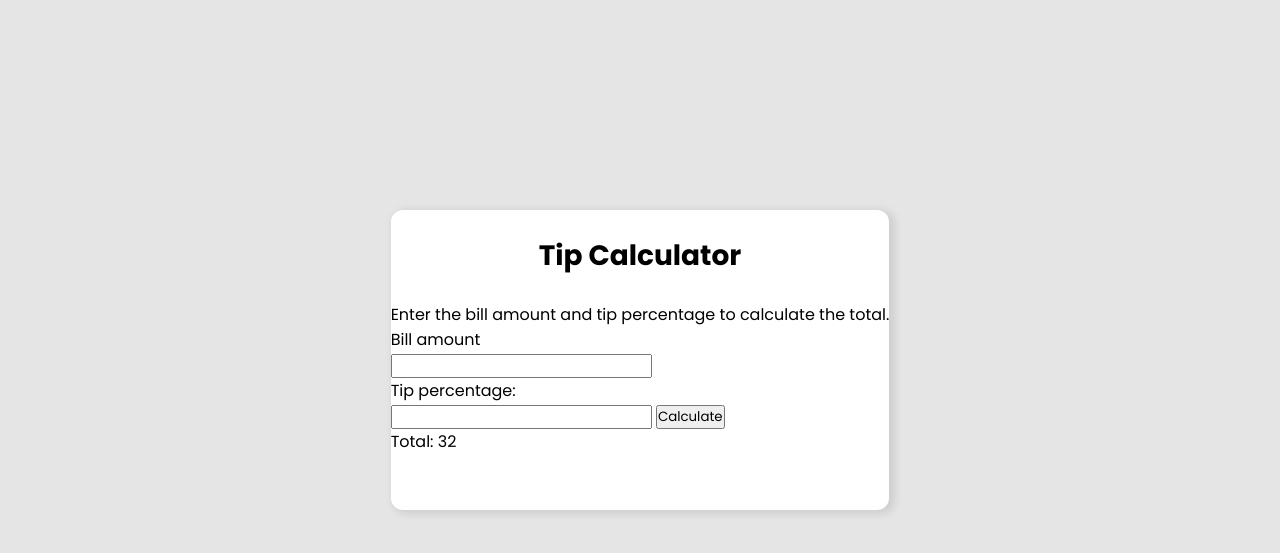
Repository: Ankitkr2021/Tip-Calculator
Page: index.html
These files come from the project's save history. The page is drawn as it stood at one moment and after a run of saves; the edit follows.
The browser window is 1280 px wide. The pictures show the whole page.

Above is the page before, as saved 2025-10-27 10:51:46.

### index.html
<!DOCTYPE html>
<html lang="en">
<head>
    <meta charset="UTF-8">
    <meta name="viewport" content="width=device-width, initial-scale=1.0">
    <title>Tip Calculator</title>
    <link rel="stylesheet" href="./style.css">
</head>
<body>
    <div class="box">
        <h2>Tip Calculator</h2>
        <p>Enter the bill amount and tip percentage to calculate the total.</p>
        <p>Bill amount</p>
        <input type="number">
        <p>Tip percentage:</p>
        <input type="number">
        <button>Calculate</button>
        <p>Total: <span>32</span></p>
    </div>
</body>
</html>

### style.css
@import url('https://fonts.googleapis.com/css2?family=Poppins:wght@300;400;500;600;700&display=swap');

*{
    margin: 0;
    padding: 0;
    box-sizing: border-box;
    font-family: "Poppins",sans-serif;
}

body {
    height: 100vh;
    width: 100%;
    display: flex;
    align-items: center;
    justify-content: center;
    background: rgba(0,0,0,0.1);
}

.box {
    background: #fff;
    height: 300px;
    box-shadow: 4px 2px 8px 2px rgba(0,0,0,0.1);
    border-radius: 12px;
}

h2{
    text-align: center;
    padding: 25px;
    font-size: 28px;
}

After the next 2 saves:
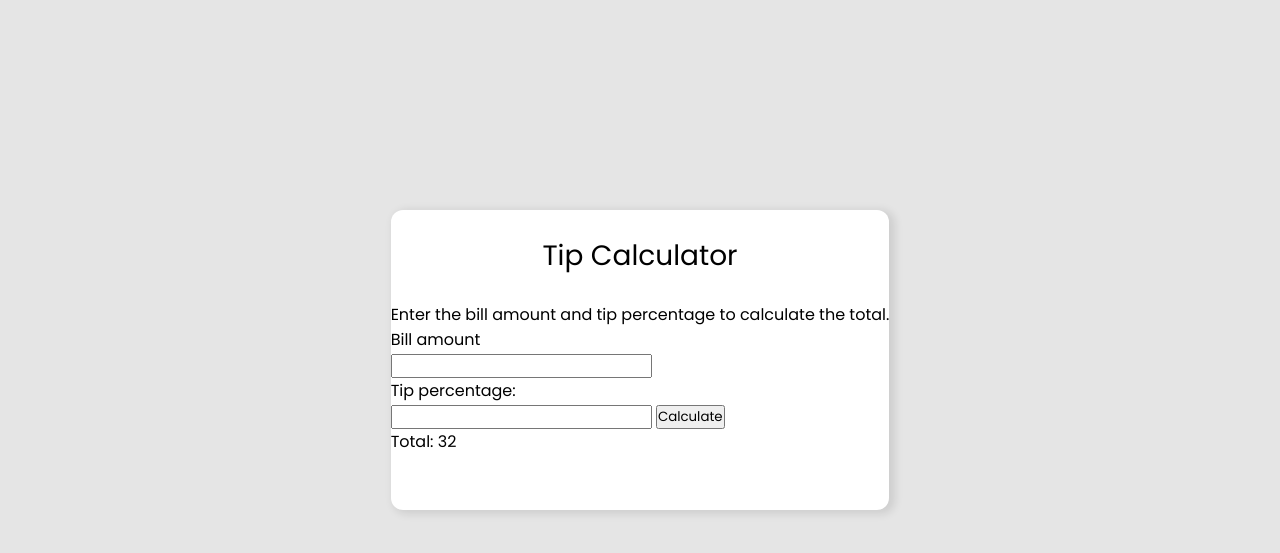
The 2 saves are shown as one change because they came seconds apart.
The last was saved 10 s later.
--- a/style.css
+++ b/style.css
@@ -27,4 +27,5 @@ h2{
     text-align: center;
     padding: 25px;
     font-size: 28px;
+    font-weight: 400;
 }
